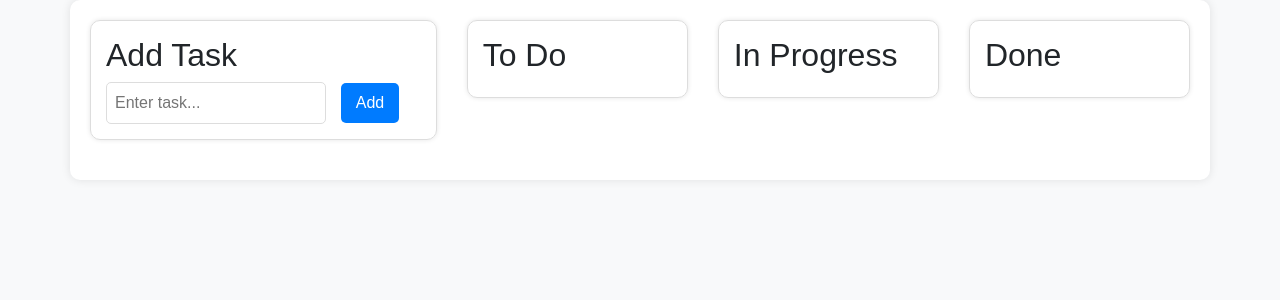
Repository: ZakariaZhlat125/test-rar-it
Page: http://localhost/
The author's editor kept a copy of each file at every save. The page is drawn from the files as they stood at one save, then again after the next save.
The browser window is 1280 px wide. The pictures show the whole page.
Some web libraries are served in a nearby version. The page is run by PHP 8.4 with error messages shown; the project is at /var/www/html/. The database holds what the project's SQL file puts in it.

Above is the page before, as saved 2024-03-01 23:16:16.

### index.php
<!DOCTYPE html>
<html lang="en">
<head>
  <meta charset="UTF-8">
  <meta name="viewport" content="width=device-width, initial-scale=1.0">
  <link href="https://stackpath.bootstrapcdn.com/bootstrap/4.5.0/css/bootstrap.min.css" rel="stylesheet">
  <link rel="stylesheet" href="styles.css">
  <title>Drag and Drop To-Do List</title>
</head>
<body>

<div class="container">
  <div class="row">
    <div class="col-md-4">
      <div id="add-task" class="task-list" ondrop="drop(event)" ondragover="allowDrop(event)">
        <h2>Add Task</h2>
        <input type="text" id="taskInput" placeholder="Enter task...">
        <button onclick="addTask()">Add</button>
      </div>
    </div>

    <div class="col-md-8">
      <div class="row">
        <div class="col-md-4">
          <div id="todo-list" class="task-list" ondrop="drop(event)" ondragover="allowDrop(event)">
            <h2>To Do</h2>
          </div>
        </div>
        <div class="col-md-4">
          <div id="in-progress-list" class="task-list" ondrop="drop(event)" ondragover="allowDrop(event)">
            <h2>In Progress</h2>
          </div>
        </div>
        <div class="col-md-4">
          <div id="done-list" class="task-list" ondrop="drop(event)" ondragover="allowDrop(event)">
            <h2>Done</h2>
          </div>
        </div>
      </div>
    </div>
  </div>
</div>

<script src="https://code.jquery.com/jquery-3.5.1.slim.min.js"></script>

<script src="https://cdn.jsdelivr.net/npm/@popperjs/core@2.10.2/dist/umd/popper.min.js"></script>
<script src="https://stackpath.bootstrapcdn.com/bootstrap/4.5.0/js/bootstrap.min.js"></script>
<script src="script.js"></script>
</body>
</html>

### fetch_tasks.php
<?php
$servername = "localhost";
$username = "root";
$password = "";
$dbname = "docdb";

$conn = new mysqli($servername, $username, $password, $dbname);

if ($conn->connect_error) {
    die("Connection failed: " . $conn->connect_error);
}

$status = isset($_GET['status']) ? $_GET['status'] : null;

if ($status !== null) {
    // Adjust the SQL query based on your database schema
    $sql = "SELECT * FROM tasks WHERE status = '$status' ORDER BY date_created ";
    $result = $conn->query($sql);

    if ($result->num_rows > 0) {
        while ($row = $result->fetch_assoc()) {
            echo '<div class="task-item" id="' . $row['id'] . '" draggable="true" ondragstart="drag(event)">' . $row['name'] . '</div>';
        }
    } else {
        echo '<p>No tasks in this category</p>';
    }
}

$conn->close();

### styles.css
body {
  margin: 0;
  padding: 0;
  font-family: 'Arial', sans-serif;
  background-color: #f8f9fa; /* Light gray background */
}

.container {
  display: flex;
  flex-direction: column;
  background-color: #ffffff; /* White background */
  padding: 20px;
  border-radius: 10px;
  box-shadow: 0 0 10px rgba(0, 0, 0, 0.1); /* Box shadow for depth */
}

.bigbox {
  border: 1px solid #ddd;
  padding: 10px;
  border-radius: 10px;
  display: flex;
  justify-content: space-between;
  box-shadow: 0 0 10px rgba(0, 0, 0, 0.1); /* Box shadow for depth */
}

.task-list {
  border: 1px solid #ddd;
  padding: 15px; /* Increased padding for better spacing */
  border-radius: 10px;
  margin-bottom: 20px;
  box-shadow: 0 0 5px rgba(0, 0, 0, 0.1); /* Subtle box shadow */
}

button {
  background-color: #007bff; /* Bootstrap primary color */
  color: #ffffff;
  border: none;
  padding: 8px 15px;
  border-radius: 5px;
  cursor: pointer;
}

button:hover {
  background-color: #0056b3; /* Darker shade on hover */
}
#taskInput {
  border-radius: 5px;
  border: 1px solid #ddd;
  padding: 8px;
  width: 70%;
  margin-right: 10px;
  position: relative;
}
.task-item {
  background-color: #fafaf8;
  border: 1px solid #b5bcc2;
  border-radius: 10px;
  margin-bottom: 5px;
  padding: 10px;
  cursor: grab;
  position: relative;
}
.delete-btn {
  position: absolute;
  border: none;
  background: none;
  top: 5px;
  right: 5px;
  cursor: pointer;
}

### script.js
$(document).ready(function () {
  // Fetch and display tasks from the database on page load
  fetchAndDisplayTasks("todo", "todo-tasks-container");
  fetchAndDisplayTasks("in-progress", "in-progress-tasks-container");
  fetchAndDisplayTasks("done", "done-tasks-container");
});

function fetchAndDisplayTasks(listId, containerId) {
  $.ajax({
    type: "GET",
    url: "fetch_tasks.php", // Adjust the URL based on your server-side implementation
    data: { status: listId },
    success: function (response) {
      // Append tasks to the specified container
      $("#" + containerId).html(response);
      addDeleteButtons();
      addDragListeners();
    },
    error: function (xhr, status, error) {
      console.error("Error fetching tasks: " + xhr.responseText);
    },
  });
}

function addDragListeners() {
  // Add dragstart event listener to each task
  $(".task-item").on("dragstart", function (event) {
    event.originalEvent.dataTransfer.setData("text", event.target.id);
  });

  // Add drop event listener to each task list
  $(".task-list").on("drop", function (event) {
    event.preventDefault();
    var data = event.originalEvent.dataTransfer.getData("text");
    console.log(data);
    var draggedElement = $("#" + data);

    // Get the target task list
    var targetList = $(event.target).closest(".task-list");

    // Append the dragged element to the target task list
    if (targetList) {
      targetList.append(draggedElement);
      // Update the status in the database
      updateTaskStatus(draggedElement.attr("id"), targetList.attr("id"));
    }
  });

  // Add dragover event listener to each task list
  $(".task-list").on("dragover", function (event) {
    event.preventDefault();
  });
  $(".delete-btn").on("dragstart", function (event) {
    event.stopPropagation();
  });
}
function allowDrop(event) {
  event.preventDefault();
}

function drag(event) {
  event.dataTransfer.setData("text", event.target.id);
}

function drop(event) {
  event.preventDefault();
  var data = event.dataTransfer.getData("text");
  var draggedElement = document.getElementById(data);

  // Get the target task list
  var targetList = event.target.closest(".task-list");

  // Append the dragged element to the target task list
  if (targetList) {
    targetList.appendChild(draggedElement);
  }

  // TODO: Check if the target list is the "Add Task" box and handle accordingly
  if (targetList.id === "add-task") {
    // Add task handling logic here
    addTask(draggedElement.textContent);
  }

  // TODO: Save data to the database using AJAX and update the server-side records
  saveTaskToDatabase();
}

function addTask(taskText) {
  var taskInput = document.getElementById("taskInput");
  var taskText = taskInput.value.trim();

  if (taskText !== "") {
    // Create a new task item
    var newTask = document.createElement("div");
    newTask.textContent = taskText;
    newTask.className = "task-item";
    newTask.draggable = true;
    newTask.id = "task" + Math.floor(Math.random() * 1000);
    // Make the newly added task draggable
    newTask.setAttribute("draggable", true);
    newTask.setAttribute("ondragstart", "drag(event)");

    // Append the new task to the "Add Task" box
    var addTaskBox = document.getElementById("add-task");
    addTaskBox.appendChild(newTask);

    // Clear the input field
    taskInput.value = "";

    // Save the task to the database
    saveTaskToDatabase(newTask.textContent);
  }
}

function saveTaskToDatabase(taskText) {
  // TODO: Implement AJAX to save the task to the database
  $.ajax({
    type: "POST",
    url: "save.php",
    data: {
      taskText: taskText,
      action: "addTask", // Indicate that this is an add task action
    },
    success: function (response) {
      console.log(response);
    },
    error: function (xhr, status, error) {
      console.error("Error: " + xhr.responseText);
    },
  });
  addDragListeners();
}

function updateTaskStatus(taskId, status) {
  $.ajax({
    type: "POST",
    url: "update_status.php",
    data: {
      taskId: taskId,
      status: status,
    },
    success: function (response) {
      console.log(response);
    },
    error: function (xhr, status, error) {
      console.error("Error updating task status: " + xhr.responseText);
    },
  });
}

////  delete  /////
function addDeleteButtons() {
  // Add a delete button to each task
  $(".task-item").each(function () {
    // Check if the delete button is already added to the task
    if ($(this).find(".delete-btn").length === 0) {
      var deleteButton = $("<button>")
        .addClass("delete-btn")
        .text("x")
        .click(function () {
          deleteTask($(this).closest(".task-item"));
        });

      $(this).append(deleteButton);
    }
  });
}

function deleteTask(taskItem) {
  var taskId = taskItem.attr("id");

  // TODO: Remove the task from the database using AJAX and update the server-side records
  removeTaskFromDatabase(taskId);

  // Remove the task item from the DOM
  taskItem.remove();
}

function removeTaskFromDatabase(taskId) {
  // TODO: Implement AJAX to remove the task from the database
  $.ajax({
    type: "POST",
    url: "remove.php",
    data: {
      taskId: taskId,
      action: "removeTask", // Indicate that this is a remove task action
    },
    success: function (response) {
      console.log(response);
    },
    error: function (xhr, status, error) {
      console.error("Error: " + xhr.responseText);
    },
  });
}

### docdb.sql (the tables this page reads)
CREATE TABLE `tasks` (
  `id` int(11) NOT NULL,
  `name` varchar(255) NOT NULL,
  `date_created` timestamp NOT NULL DEFAULT current_timestamp(),
  `status` varchar(50) DEFAULT 'todo'
) ENGINE=InnoDB DEFAULT CHARSET=utf8mb4 COLLATE=utf8mb4_general_ci;

INSERT INTO `tasks` (`id`, `name`, `date_created`, `status`) VALUES
(7, 'test', '2024-03-01 19:39:43', 'done'),
(9, 'test', '2024-03-01 20:20:03', 'todo'),
(10, 'test', '2024-03-01 20:20:09', 'done'),
(11, 'eeeex', '2024-03-01 20:21:06', 'todo'),
(15, 'testx', '2024-03-01 20:24:11', 'todo');

ALTER TABLE `tasks`
  ADD PRIMARY KEY (`id`);

ALTER TABLE `tasks`
  MODIFY `id` int(11) NOT NULL AUTO_INCREMENT, AUTO_INCREMENT=16;

After the next save:
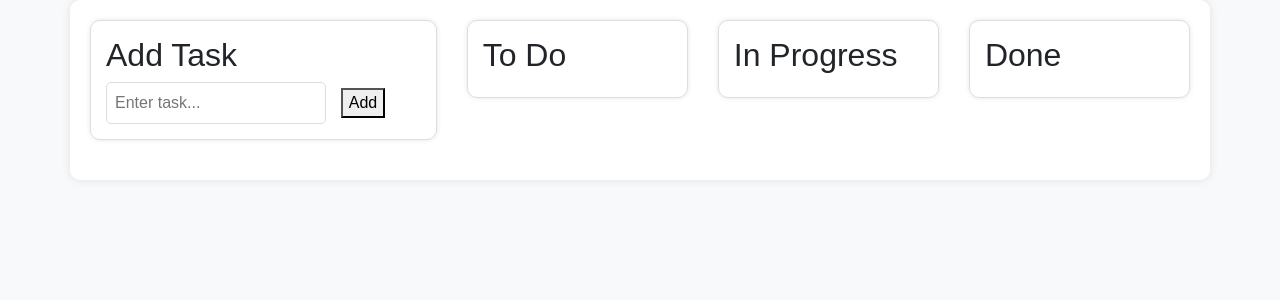
Saved 39 s later.
--- a/styles.css
+++ b/styles.css
@@ -31,18 +31,7 @@ body {
   box-shadow: 0 0 5px rgba(0, 0, 0, 0.1); /* Subtle box shadow */
 }
 
-button {
-  background-color: #007bff; /* Bootstrap primary color */
-  color: #ffffff;
-  border: none;
-  padding: 8px 15px;
-  border-radius: 5px;
-  cursor: pointer;
-}
 
-button:hover {
-  background-color: #0056b3; /* Darker shade on hover */
-}
 #taskInput {
   border-radius: 5px;
   border: 1px solid #ddd;
@@ -68,3 +57,7 @@ button:hover {
   right: 5px;
   cursor: pointer;
 }
+
+.delete-btn:hover {
+  color: red;
+}
